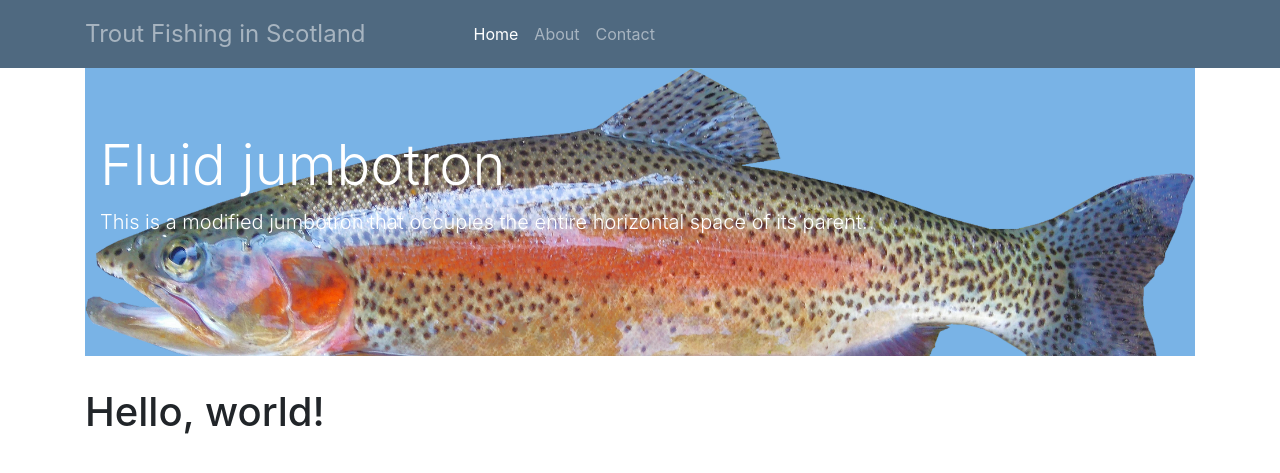
Repository: adrian9211/College_project
Page: index.html
These files come from the project's save history. The page is drawn as it stood at one moment and after a run of saves; the edit follows.
The browser window is 1280 px wide. The pictures show the whole page.

Above is the page before, as saved 2020-10-28 14:09:52.

After the next 2 saves:
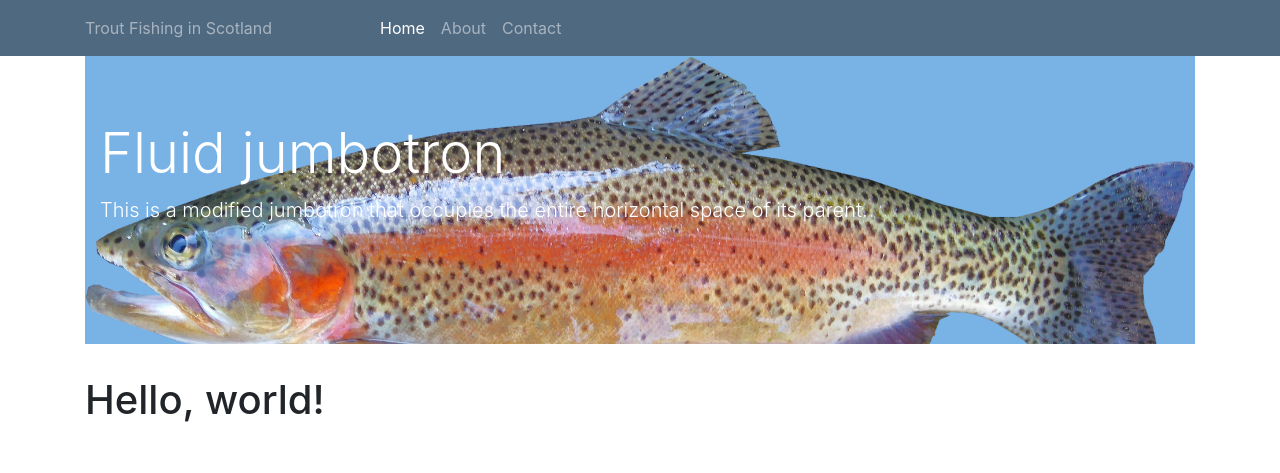
The 2 saves are shown as one change because they came seconds apart.
The last was saved 8 s later.
--- a/css/style.css
+++ b/css/style.css
@@ -10,7 +10,7 @@
 }
 
 .navbar-text {
-    : #fff;
+    fon
     font-size: 1.5rem;
     padding-right: 100px;
 }

After the 3 saves that followed:
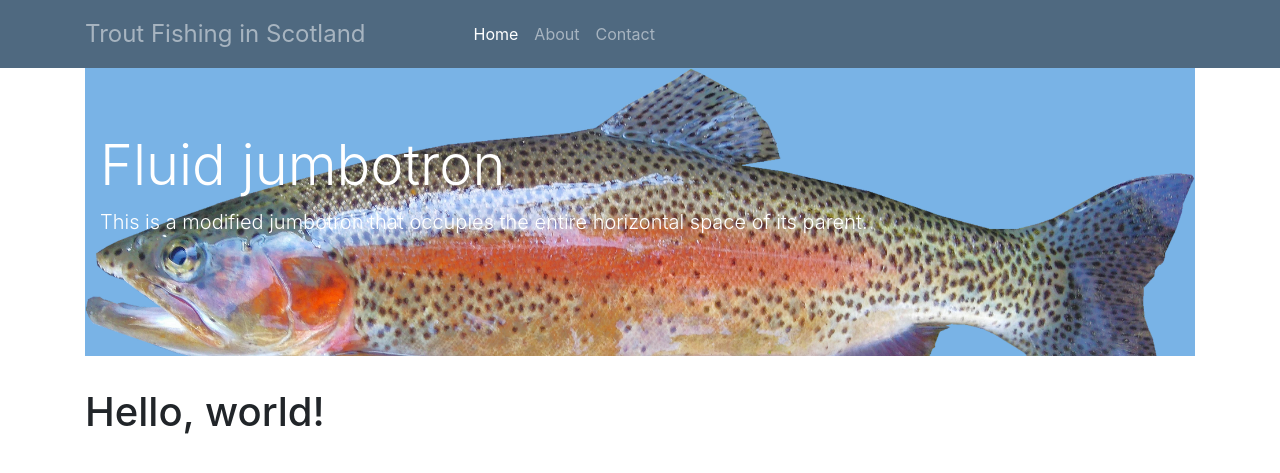
The 3 saves are shown as one change because they came seconds apart.
The last was saved 7 s later.
--- a/css/style.css
+++ b/css/style.css
@@ -10,7 +10,6 @@
 }
 
 .navbar-text {
-    fon
     font-size: 1.5rem;
     padding-right: 100px;
 }
